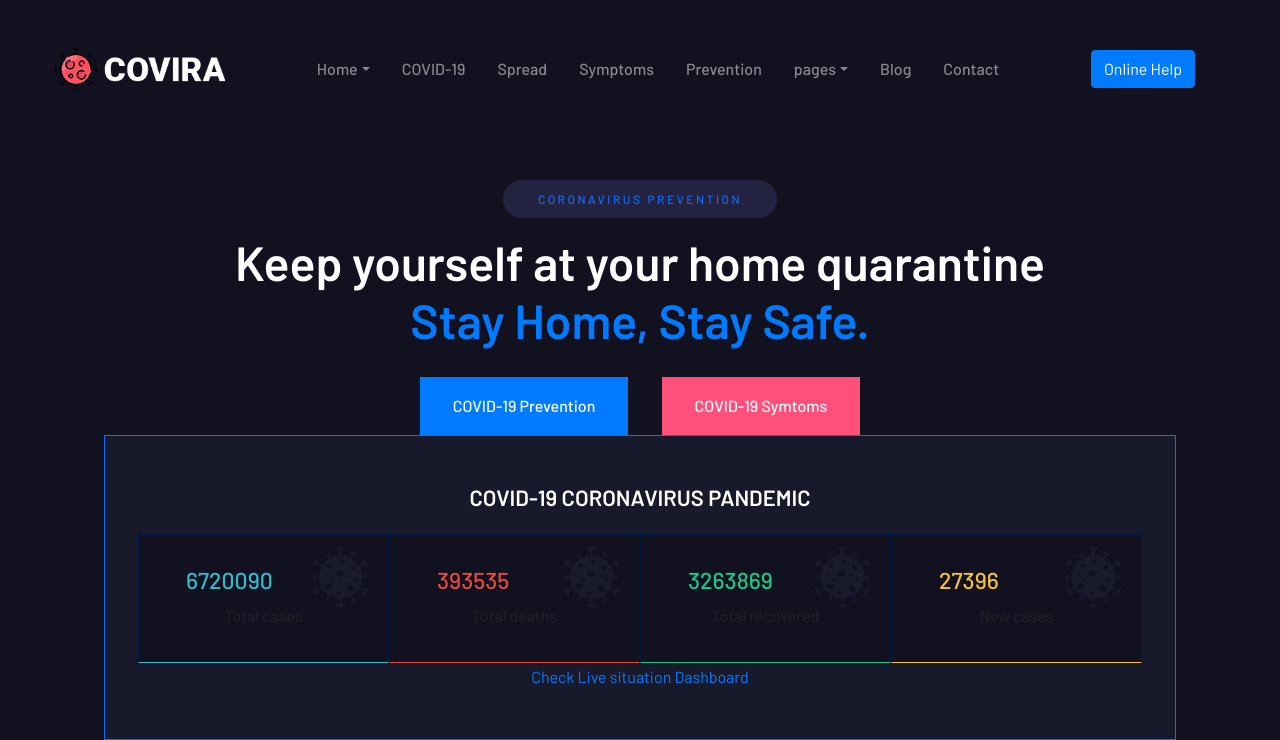
Repository: sitikhusushan/corona_updates
Page: index.html
The author's editor kept a copy of each file at every save. The page is drawn from the files as they stood at one save, then again after the next save.
The browser window is 1280 px wide. The pictures show the whole page.

Above is the page before, as saved 2020-06-06 12:26:04.

After the next save:
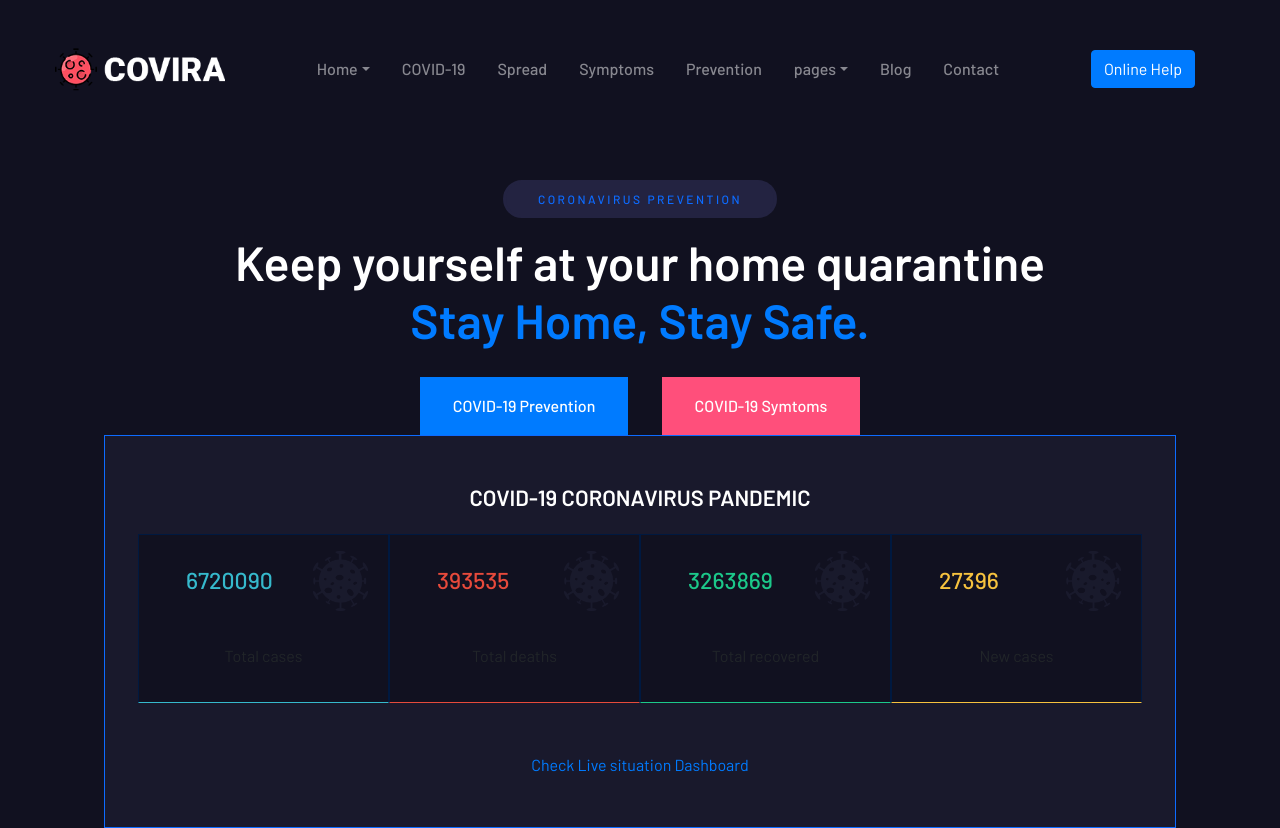
Saved 12 s later.
--- a/style.css
+++ b/style.css
@@ -201,8 +201,9 @@ h3 {
 
 .dashboard p {
   text-align: center;
+  margin: 0px;
   margin-top: 48px;
-  margin: 0px;
+
   padding: 2px;
 }
 
